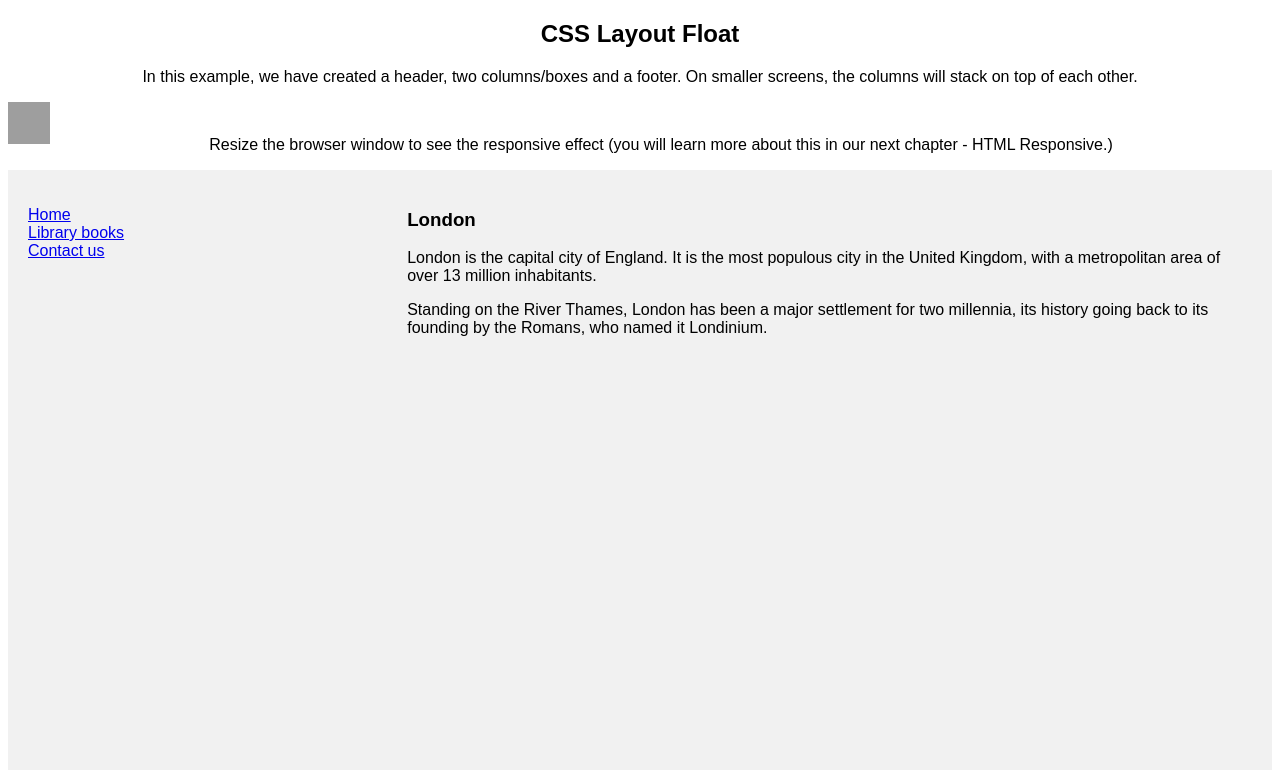
Repository: sandunigayanjali/Library_System
Page: http://localhost/library_management/bookProfille.jsp
An editor plug-in stored every save of this project. The page is shown before and after the next save, followed by the edit.
The browser window is 1280 px wide. The pictures show the whole page.
Pictures or frames that could not be fetched are drawn as grey boxes. The page is served by Tomcat 9.

Above is the page before, as saved 2018-11-24 11:47:16.

### library management/WebContent/bookProfille.jsp
<%@ page language="java" contentType="text/html; charset=ISO-8859-1"
    pageEncoding="ISO-8859-1"%>
<!DOCTYPE html PUBLIC "-//W3C//DTD HTML 4.01 Transitional//EN" "http://www.w3.org/TR/html4/loose.dtd">
<html>
<head>
<meta http-equiv="Content-Type" content="text/html; charset=ISO-8859-1">
<meta charset="utf-8">
<meta name="viewport" content="width=device-width, initial-scale=1">
<title>Insert title here</title>

<style>
* {
    box-sizing: border-box;
}

body {
    font-family: Arial, Helvetica, sans-serif;
}

/* Style the header */
header {
    background-color: #666;
    padding: 30px;
    text-align: center;
    font-size: 35px;
    color: white;
}

/* Create two columns/boxes that floats next to each other */
nav {
    float: left;
    width: 30%;
    height: 600px; /* only for demonstration, should be removed */
    background: #f1f1f1;
    padding: 20px;
}

/* Style the list inside the menu */
nav ul {
    list-style-type: none;
    padding: 0;
}

article {
    float: left;
    padding: 20px;
    width: 70%;
    background-color: #f1f1f1;
    height: 600px; /* only for demonstration, should be removed */
}

/* Clear floats after the columns */
section:after {
    content: "";
    display: table;
    clear: both;
}



/* Responsive layout - makes the two columns/boxes stack on top of each other instead of next to each other, on small screens */
@media (max-width: 600px) {
    nav, article {
        width: 100%;
        height: 100%;
    }
}
</style>


</head>
<body>
<center>
<h2>CSS Layout Float</h2>
<p>In this example, we have created a header, two columns/boxes and a footer. On smaller screens, the columns will stack on top of each other.</p>
<img src="E:\desktop\level 2 semester 2\PROJECT\th.jpg" alt="HTML tutorial" style="float:left;width:42px;height:42px;border:0;">
<br>
<p>Resize the browser window to see the responsive effect (you will learn more about this in our next chapter - HTML Responsive.)</p>

 </center>

<section>
  <nav>
    <ul>
      <li><a href="#">Home</a></li>
      <li><a href="#">Library books</a></li>
      <li><a href="#">Contact us</a></li>
    </ul>
  </nav>

  <article>
    <h1>London</h1>
    <p>London is the capital city of England. It is the most populous city in the  United Kingdom, with a metropolitan area of over 13 million inhabitants.</p>
    <p>Standing on the River Thames, London has been a major settlement for two millennia, its history going back to its founding by the Romans, who named it Londinium.</p>
  </article>
</section>

</body>
</html>

After the next save:
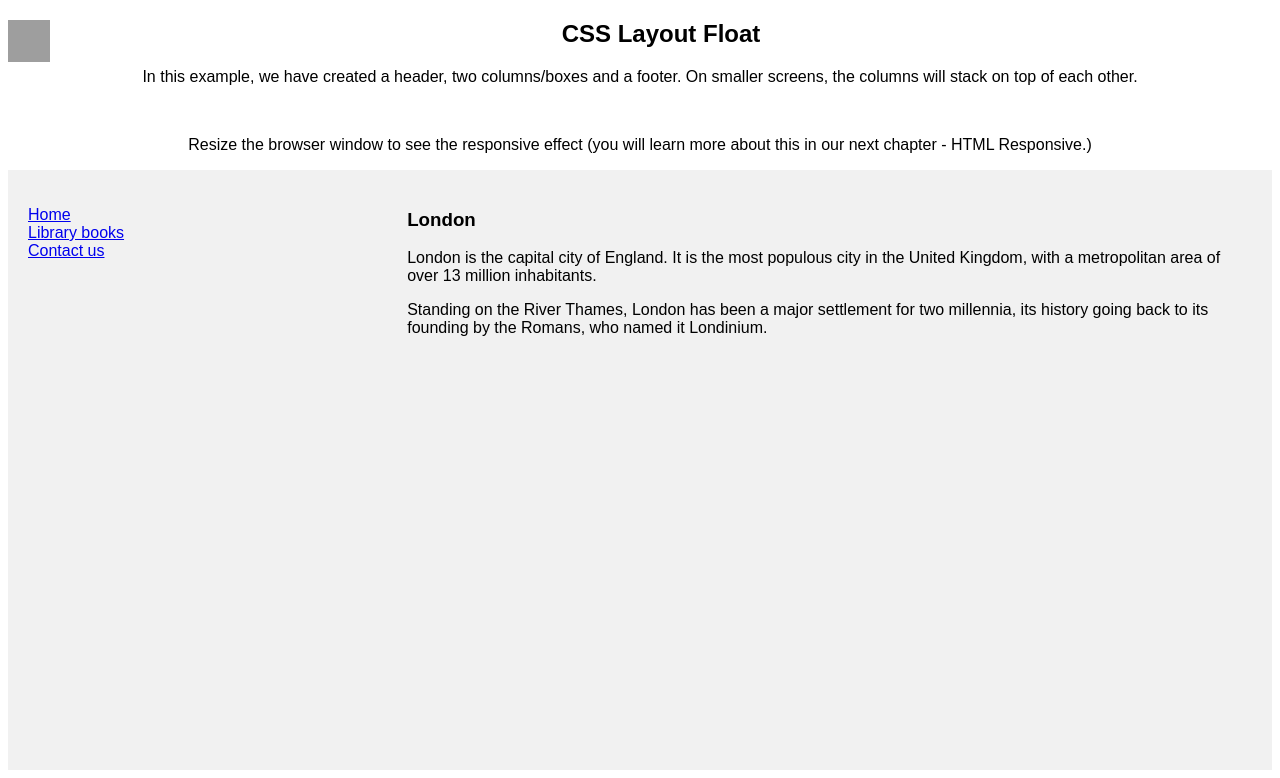
Saved 35 s later.
--- a/library management/WebContent/bookProfille.jsp
+++ b/library management/WebContent/bookProfille.jsp
@@ -71,9 +71,10 @@ section:after {
 </head>
 <body>
 <center>
+<img src="E:\desktop\level 2 semester 2\PROJECT\th.jpg" alt="HTML tutorial" style="float:left;width:42px;height:42px;border:0;">
 <h2>CSS Layout Float</h2>
 <p>In this example, we have created a header, two columns/boxes and a footer. On smaller screens, the columns will stack on top of each other.</p>
-<img src="E:\desktop\level 2 semester 2\PROJECT\th.jpg" alt="HTML tutorial" style="float:left;width:42px;height:42px;border:0;">
+
 <br>
 <p>Resize the browser window to see the responsive effect (you will learn more about this in our next chapter - HTML Responsive.)</p>
 
